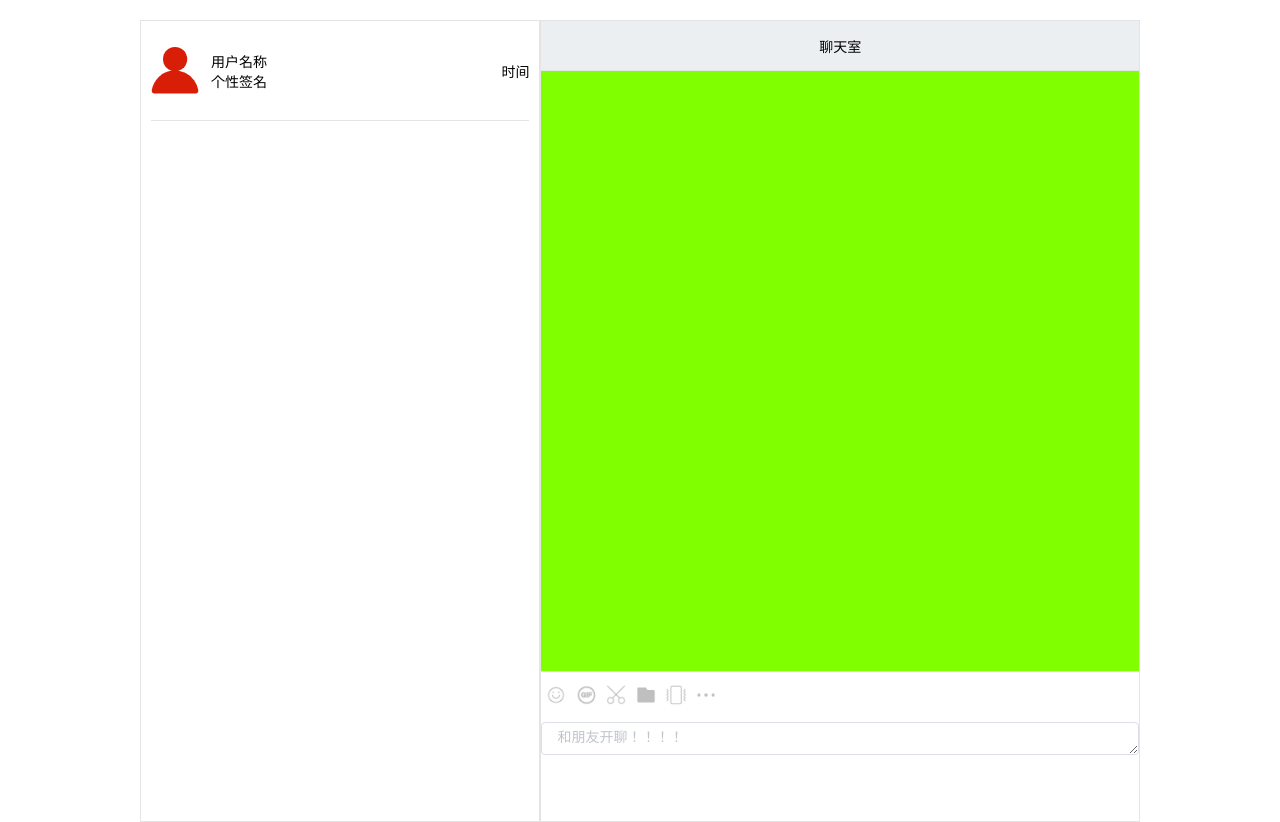
Repository: jinggegeZ/livechat
Page: /
An editor plug-in stored every save of this project. The page is shown before and after the next save, followed by the edit.
The browser window is 1280 px wide. The pictures show the whole page.
The project was rebuilt for these pictures with package versions that can differ from the ones it lists, and the page was loaded fresh each time.

Above is the page before, as saved 2020-08-17 12:47:38.

After the next save:
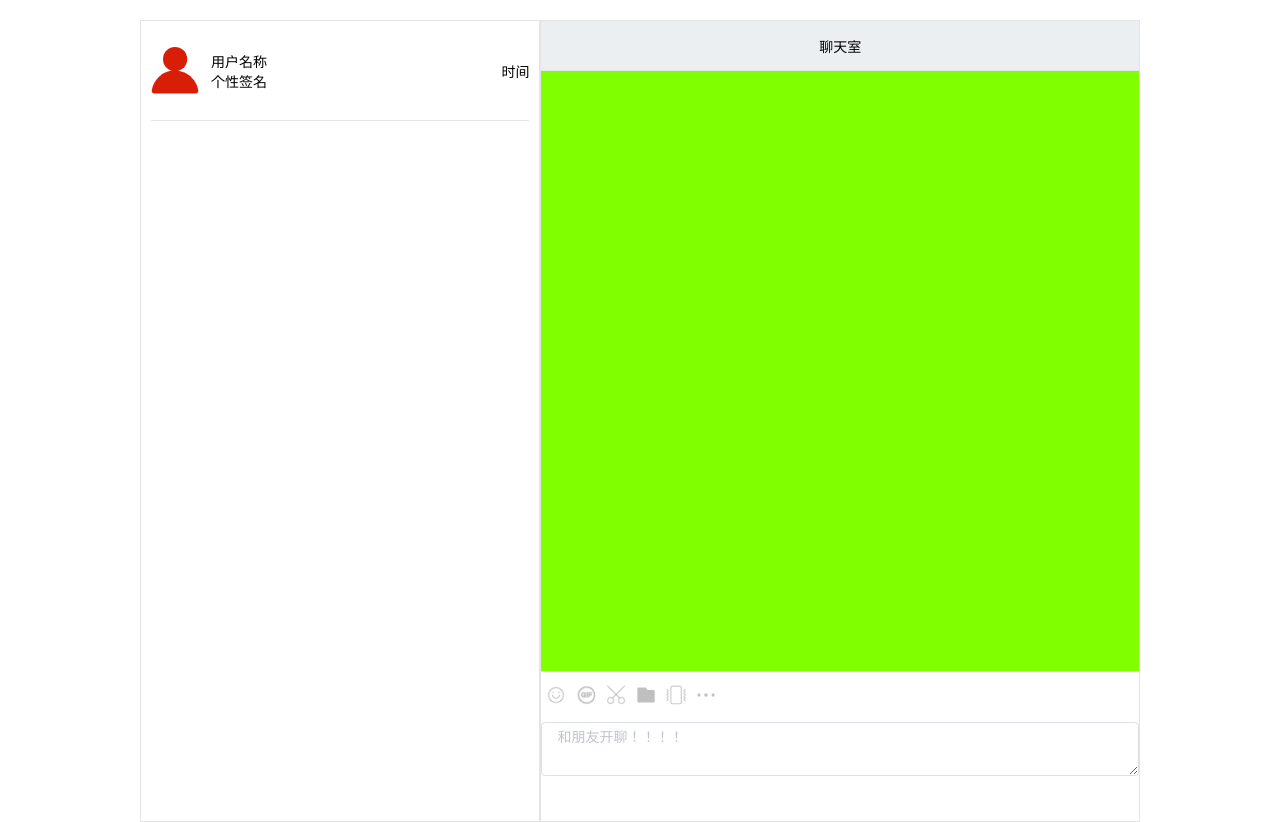
Saved 106 s later.
--- a/src/views/Home.vue
+++ b/src/views/Home.vue
@@ -38,7 +38,7 @@
               <div><img class="img1" src="../../public/image/more.png" alt=""></div>
             </div>
             <div class="box2-2-2">
-            <el-input type="textarea" v-model="input" placeholder="和朋友开聊！！！！" autosize="true"></el-input>
+            <el-input type="textarea" v-model="input" placeholder="和朋友开聊！！！！" :autosize="{ minRows: 2, maxRows: 4}" ></el-input>
             </div>
           </div>
         </div>

After the 3 saves that followed:
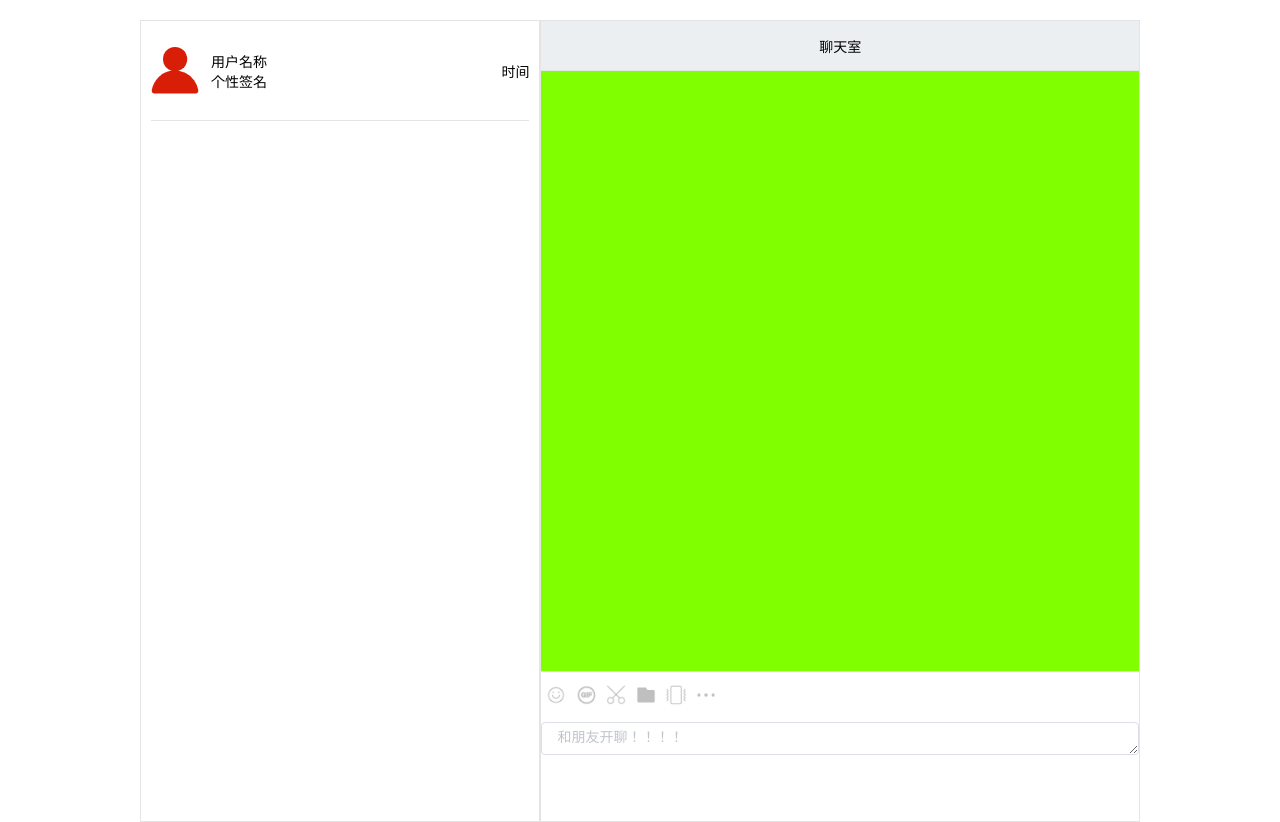
The 3 saves are shown as one change because 2 left the picture as it was.
The last was saved 112 s later.
--- a/src/views/Home.vue
+++ b/src/views/Home.vue
@@ -23,22 +23,37 @@
         <!-- 聊天信息 -->
         <div class="box2">
           <div class="box2-1">
-              <div class="box2-1-top">聊天室</div>
-              <div class="box2-1-body">
-
-              </div>
+            <div class="box2-1-top">聊天室</div>
+            <div class="box2-1-body"></div>
           </div>
           <div class="box2-2">
             <div class="box2-2-1">
-              <div><img class="img1" src="../../public/image/small.png" alt=""></div>
-              <div><img class="img1" src="../../public/image/GIF.png" alt=""></div>
-              <div><img class="img1" src="../../public/image/chose.png" alt=""></div>
-              <div><img class="img1" src="../../public/image/word.png" alt=""></div>
-              <div><img class="img1" src="../../public/image/move.png" alt=""></div>
-              <div><img class="img1" src="../../public/image/more.png" alt=""></div>
+              <div>
+                <img class="img1" src="../../public/image/small.png" alt />
+              </div>
+              <div>
+                <img class="img1" src="../../public/image/GIF.png" alt />
+              </div>
+              <div>
+                <img class="img1" src="../../public/image/chose.png" alt />
+              </div>
+              <div>
+                <img class="img1" src="../../public/image/word.png" alt />
+              </div>
+              <div>
+                <img class="img1" src="../../public/image/move.png" alt />
+              </div>
+              <div>
+                <img class="img1" src="../../public/image/more.png" alt />
+              </div>
             </div>
             <div class="box2-2-2">
-            <el-input type="textarea" v-model="input" placeholder="和朋友开聊！！！！" :autosize="{ minRows: 2, maxRows: 4}" ></el-input>
+              <el-input
+                type="textarea"
+                v-model="textarea"
+                placeholder="和朋友开聊！！！！"
+                autosize="{ minRows: 2, maxRows: 4}"
+              ></el-input>
             </div>
           </div>
         </div>
@@ -54,7 +69,8 @@ export default {
   components: {},
   data() {
     return {
-      input:''
+      input: "",
+      textarea: "",
     };
   },
   methods: {},
@@ -136,7 +152,7 @@ export default {
   display: flex;
   justify-content: center;
   align-items: center;
-  background: rgb(235,239,242);
+  background: rgb(235, 239, 242);
 }
 .box2-1-body {
   width: 100%;
